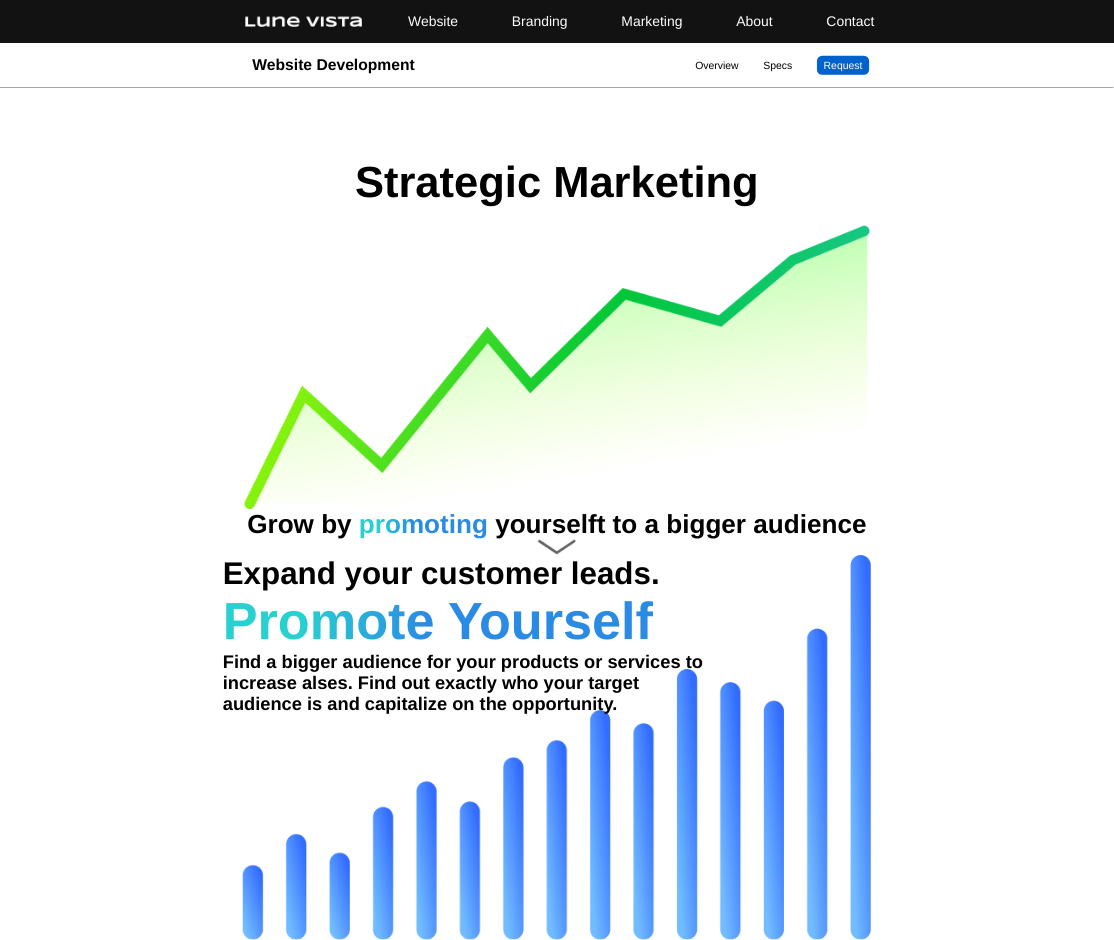
Repository: yoItsTyler/templates
Page: /marketing
An editor plug-in stored every save of this project. The page is shown before and after the next save, followed by the edit.
The browser window is 1280 px wide. The pictures show the whole page, at 87% of full size.
Some web fonts or font styles are not loaded; a fallback is used. The project was rebuilt for these pictures with package versions that can differ from the ones it lists, and the page was loaded fresh each time. Also part of the build but not shown: src/components/Branding/styles.module.css, src/components/Branding/Branding.js, src/components/Home/styles.module.css, src/components/Navbar/styles.module.css, src/components/Navbar/Navbar.js, src/components/NavbarMobile/styles.module.css, src/components/NavbarMobile/NavbarMobile.js, src/components/Home/Home.js and 10 more. Imported but missing from the stored project, and not drawn on this page: src/components/Request.

Above is the page before, as saved 2022-12-01 21:07:11.

### public/index.html
<!DOCTYPE html>
<html lang="en">
  <head>
    <meta charset="utf-8" />
    <link rel="icon" href="%PUBLIC_URL%/favicon.ico" />
    <meta name="viewport" content="width=device-width, initial-scale=1" />
    <meta name="theme-color" content="#000000" />
    <meta
      name="description"
      content="Web site created using create-react-app"
    />
    <link rel="apple-touch-icon" href="%PUBLIC_URL%/logo192.png" />
    <!--
      manifest.json provides metadata used when your web app is installed on a
      user's mobile device or desktop. See https://developers.google.com/web/fundamentals/web-app-manifest/
    -->
    <link rel="manifest" href="%PUBLIC_URL%/manifest.json" />
    <!--
      Notice the use of %PUBLIC_URL% in the tags above.
      It will be replaced with the URL of the `public` folder during the build.
      Only files inside the `public` folder can be referenced from the HTML.

      Unlike "/favicon.ico" or "favicon.ico", "%PUBLIC_URL%/favicon.ico" will
      work correctly both with client-side routing and a non-root public URL.
      Learn how to configure a non-root public URL by running `npm run build`.
    -->
    <title>Root Template</title>
  </head>
  <body>
    <noscript>You need to enable JavaScript to run this app.</noscript>
    <div id="root"></div>
    <!--
      This HTML file is a template.
      If you open it directly in the browser, you will see an empty page.

      You can add webfonts, meta tags, or analytics to this file.
      The build step will place the bundled scripts into the <body> tag.

      To begin the development, run `npm start` or `yarn start`.
      To create a production bundle, use `npm run build` or `yarn build`.
    -->
  </body>
</html>

### src/index.js
import React from 'react';
import  ReactDOM  from 'react-dom';
import './index.css';
import reportWebVitals from './reportWebVitals';
import { BrowserRouter as Router } from 'react-router-dom';
import { App } from './components/App';

ReactDOM.render(
  <React.StrictMode>
    <Router>
     <App/>
    </Router>
  </React.StrictMode>,
  document.getElementById('root'),
);



// If you want to start measuring performance in your app, pass a function
// to log results (for example: reportWebVitals(console.log))
// or send to an analytics endpoint. Learn more: https://bit.ly/CRA-vitals
reportWebVitals();

### src/index.css


@import url('https://fonts.cdnfonts.com/css/work-sans');
html, body{
  min-height: fit-content;
 height: 100vh;
  width: 100vw;
  max-width: 100vw;
  margin: 0;
  overflow-x: hidden;
  -ms-overflow-style: none;  /* IE and Edge */
  scrollbar-width: none;  /* Firefox */
  scroll-behavior: smooth;



}
body {



  font-family:  -apple-system, BlinkMacSystemFont, 'Segoe UI', 'Roboto', 'Oxygen',
    'Ubuntu', 'Cantarell', 'Fira Sans', 'Droid Sans', 'Helvetica Neue',
    sans-serif;
    font-family: 'Helvetica';
    font-style: normal;
  -webkit-font-smoothing: antialiased;
  -moz-osx-font-smoothing: grayscale;

  font-family: 'Helvetica', sans-serif;
  -webkit-font-smoothing: antialiased;
  -moz-osx-font-smoothing: grayscale;
}
body::-webkit-scrollbar{
  display: none;
}


code {
  font-family: source-code-pro, Menlo, Monaco, Consolas, 'Courier New',
    monospace;
}

### src/components/App/App.js
import { useEffect, useState } from 'react';
import { Route, Switch } from 'react-router-dom';
import { Branding } from '../Branding/Branding';
import { Home } from '../Home';
import { LogoDesign } from '../LogoDesign';
import { Marketing } from '../Marketing/Marketing';
import { Navbar } from '../Navbar/Navbar';
import { NavbarMobile } from '../NavbarMobile';
import { Plan } from '../Plan/Plan';
import { Plans } from '../Plans/Plans';
import { Request } from '../Request';
import { Specs } from '../Specs';
import { Web } from '../Web/Web';
import styles from './styles.module.css';






export const App = () => {




    return(
        <div className={styles.main}>


            <Switch>
            <Route exact path = {['/request/:id', '/request']} component={Request}/>
            <Route exact path='/marketing' component={Marketing}/>
            <Route exact path = '/branding' component={Branding}/>
            <Route exact path = '/logo-design' component={LogoDesign}/>
                <Route exact path = '/plan/:id' component={Plan}/>
                <Route exact path = '/web-plans' component={Plans}/>
                 <Route exact path = '/web' component={Web}/>
                 <Route exact path = '/specs' component={Specs}/>
                <Route path={['/']} component={Home}/>

            </Switch>
        </div>
    )
}

### src/components/LogoDesign/index.js
export * from './LogoDesign';

### src/components/Marketing/Marketing.js
import { NavbarWeb } from '../NavbarWeb/NavbarWeb';
import { NavBarWebSub } from '../NavBarWebSub/NavBarWebSub';
import styles from './styles.module.css';
import graph from '../../images/Group 55.png';
import graph2 from '../../images/Group 56.png';
import arrow from '../../images/arrow.png';

export const Marketing = () => {

    return(
        <div className={styles.main}>
            <NavbarWeb/>
            <NavBarWebSub/>


            <div className={styles.tile}>

                <div className={styles.title}>
                    Strategic Marketing

                </div>

                <div className={styles.centerItem}>
                <img src={graph} className={styles.graph}/>
                </div>
                <div className={styles.subTxt}>
                    Grow by <span className={styles.blueGrad}>promoting</span> yourselft to a bigger audience
                </div>

                <div className={styles.centerItem}>
                <img src={arrow} className={styles.arrow}/>
                </div>

                <div className={styles.leftCol}
                >
                    <div className={styles.bT1}>
                        Expand your customer leads.
                    </div>
                    <div className={styles.blueTitle}>
                        Promote Yourself
                    </div>
                    <div className={styles.bT2}>
                        Find a bigger audience for your products or services to increase alses. Find out exactly who your target audience is and capitalize on the opportunity.
                    </div>

                </div>

                <div className={styles.centerItem}>
                <img src={graph2} className={styles.graph}/>
                </div>







            </div>

        </div>
    );
};

### src/components/NavbarMobile/index.js
export * from './NavbarMobile';

### src/components/Specs/index.js
export * from './Specs';

### src/components/App/styles.module.css
.main{
    margin-top: 0;
    min-height: fit-content;
    height: 100vh;
    width: 100%;
    max-width: 100vw;
}

### src/components/NavbarWeb/NavbarWeb.js
import styles from './styles.module.css';
import logo2 from '../../images/LuneVistaLogo.png';
import search from '../../images/search.png';
import { useHistory } from 'react-router-dom';
import { useEffect, useState } from 'react';


export const NavbarWeb = () => {
    const history = useHistory();


    const [mobileBool, setMobileBool] = useState(false);
    const [windowDimension, setWindowDimension] = useState(722)

    useEffect(() => {
        setWindowDimension(window.innerWidth);
    }, []);

    useEffect(() => {
        function handleResize() {
            setWindowDimension(window.innerWidth);
        }

        window.addEventListener("resize", handleResize);
        return () => window.removeEventListener('resize', handleResize);
    }, []);

    const isMobile = windowDimension <= 720;

    useEffect(() => {
        if (isMobile !== mobileBool) {
            setMobileBool(isMobile);
        };
        return isMobile;
    }, [isMobile]);





    // <div className={styles.falseDiv}></div>
    return (
        <div className={styles.main}>

            <div className={styles.row}>


                <div className={styles.logo}
                    onClick={() => history.push('/')}
                >
                    <img src={logo2} style={{ width: '100%', height: '' }} />

                </div>






                        {isMobile ? (
                            <div className={styles.mobileMenu}>Menu</div>
                        ) : (
                            <div className={styles.pages}>
                            <div className={styles.page}
                                 onClick={() => history.push('/web')}
                                >Website</div>
                                <div className={styles.page} onClick={() => history.push('/branding')}
                                >Branding</div>
                                <div className={styles.page} onClick={() => history.push('/marketing')}
                                >Marketing</div>
                                <div className={styles.page} onClick={() => history.push('/about')}
                                >About</div>
                                <div className={styles.page} onClick={() => history.push('/contact')}
                                >Contact</div>
                            </div>

                        )}



                    </div>


                </div>





            )
}

### src/components/NavBarWebSub/NavBarWebSub.js
import { useHistory } from 'react-router-dom';
import styles from './styles.module.css';


export const NavBarWebSub = () => {
    const history = useHistory();

    /*




                <div className={styles.row}>
                    <div className={styles.title}>
                        Website Development
                    </div>
                    <div className={styles.btnRow}>
                        <div className={styles.btnTxt}>Overview</div>
                        <div className={styles.btnTxt}>Specs</div>
                        <div className={styles.requestBtn}>Request</div>
                    </div>



                </div>*/


    return (
        <div className={styles.main}>
            <div className={styles.column}>
                <div className={styles.topSpace}></div>
                <div className={styles.row}>
                    <div className={styles.title}>
                        Website Development
                    </div>
                    <div className={styles.btnRow}>
                        <div className={styles.btnTxt}>Overview</div>
                        <div className={styles.btnTxt} onClick={() => history.push('/specs')}
                        >Specs</div>
                        <div className={styles.requestBtn} onClick={() => history.push('/web-plans')}
                        >Request</div>
                    </div>



                </div>



            </div>



        </div>
    )
}

### src/components/Marketing/styles.module.css
.main{

}
.title{
    margin-top: 80px;
    margin-bottom: 20px;
    font-weight: 700;
    font-size: 50px;
    text-align: center;

}
.centerItem{
    display: flex;
    flex-direction: column;
    align-items: center;
    justify-content: center;

}
.subTxt{
    text-align: center;
    font-weight: 700;
    font-size: 30px;
}
.blueGrad{
    background:
linear-gradient(90.35deg, #28D0D0 15.73%, #2A8BE4 41.95%);
  -webkit-background-clip: text;
  -webkit-text-fill-color: transparent;
}
.graph{
    max-width: 80vw;
}


.leftCol{
    width: 564px;
    max-width: 80%;
    position: absolute;
    margin-left: 20%;
}
.blueTitle{
    background:
linear-gradient(90.35deg, #28D0D0 15.73%, #2A8BE4 41.95%);
  -webkit-background-clip: text;
  -webkit-text-fill-color: transparent;
  font-weight: 700;
  font-size: 60px;
}

.bT1{
    font-weight: 700;
    font-size: 36px;

}
.bT2{
    font-weight: 700;
    font-size: 21px;

}

### src/components/NavbarWeb/styles.module.css
.main{
    width: 100vw;
    max-width: 100vw;
    height: 50px;
    margin-top: 0;
   overflow-x: hidden;
    background-color: hsl(0, 0%, 7%);
    position: fixed;
    display: flex;
    z-index: 2;
    justify-content: center;



}
.row{
    width: 100%;

    align-self: center;

    height: 50px;
    max-width: 730px;

    color: #FFFFFF;
 display: flex;
 align-items: center;

justify-content: space-between;



}
.logo{

    padding-left: min(16px, 1.0%);
    height: 32px;
    cursor: pointer;
    display: flex;
    align-content: center;
    align-items: center;
    justify-content: center;
      justify-self: left;
    max-width: 134px;




}
.falseDiv{
    padding-right: min(16px, 1.0%);
    width: 134px;



}
.rightSide{
   align-self: center;
  justify-self: center;


}
.pages{
    flex-basis: 1;
    display: flex;
   height: 32px;


    width: 80%;
    max-width: 536px;
    align-items: center;
    justify-content: space-between;
    justify-self: center;




}

.page{

    font-weight: 400;
    font-size: 16px;
    line-height: 24px;
   cursor: pointer;

   height: 24px;
   align-content: center;
   align-items: center;

   padding-left: 0px;
   padding-right: 0px;

}
.page:hover{
    background-color: rgba(0, 0, 0, 0.3);
   border-radius: 3px;
}
.mobileMenu{
    margin-right: 9px;
}



.search{
   padding-right: min(16px, 1.5%);
margin-left: auto;


}

### src/components/NavBarWebSub/styles.module.css
.main{
    width: 100vw;
    height: 100px;
    position: sticky;

  max-width: 100vw;
  overflow-x: hidden;

    display: flex;
    justify-content: center;
    z-index: 1;
    background-color: white;
    border-bottom: rgba(0, 0, 0, 0.473) .6px solid;
}


.column{
    width: 100%;
    max-width: 730px;

    display: flex;
    flex-direction: column;
    justify-content: center;
    align-content: center;
}
.topSpace{
    height: 50px;

}
.row{
    justify-self: center;
    display: flex;
    width: 100%;
    max-width: 730px;
    justify-content: space-between;
    align-items: center;
    padding-left: 6px;
    padding-right: 6px;
}
.btnRow{
    display: flex;
    width: 200px;
    justify-content: space-between;
    padding-left: 6px;
    align-items: center;
    margin-right: 12px;
}
.title{
    margin-left: 9px;
    height: 20px;
    font-size: 18px;
    font-weight: 700;
    flex-wrap: nowrap;

}
@media only screen and (max-width: 440px) {
    .title{
        font-size: 18px;
        max-width: 100px;
        overflow: hidden;

    }
}
.btnTxt{
    font-size: 12px;
    font-weight: 400;
    line-height: 14px;
    cursor: pointer;

}
.requestBtn{
    font-size: 12px;
    font-weight: 400;
    background-color: #0062CC;
    color: white;
    height: 22px;
    width: 60px;
    display: flex;
    flex-direction: column;
    align-items: center;

    justify-content: center;
    border-radius: 6px;
    line-height: 20px;
    cursor: pointer;
}

Loaded but not shown: src/reportWebVitals.js (common file); src/components/App/index.js (common file); src/components/Home/index.js (common file); src/components/Home/mobile.module.css (no stored copy; drawn as an empty file)

After the next save:
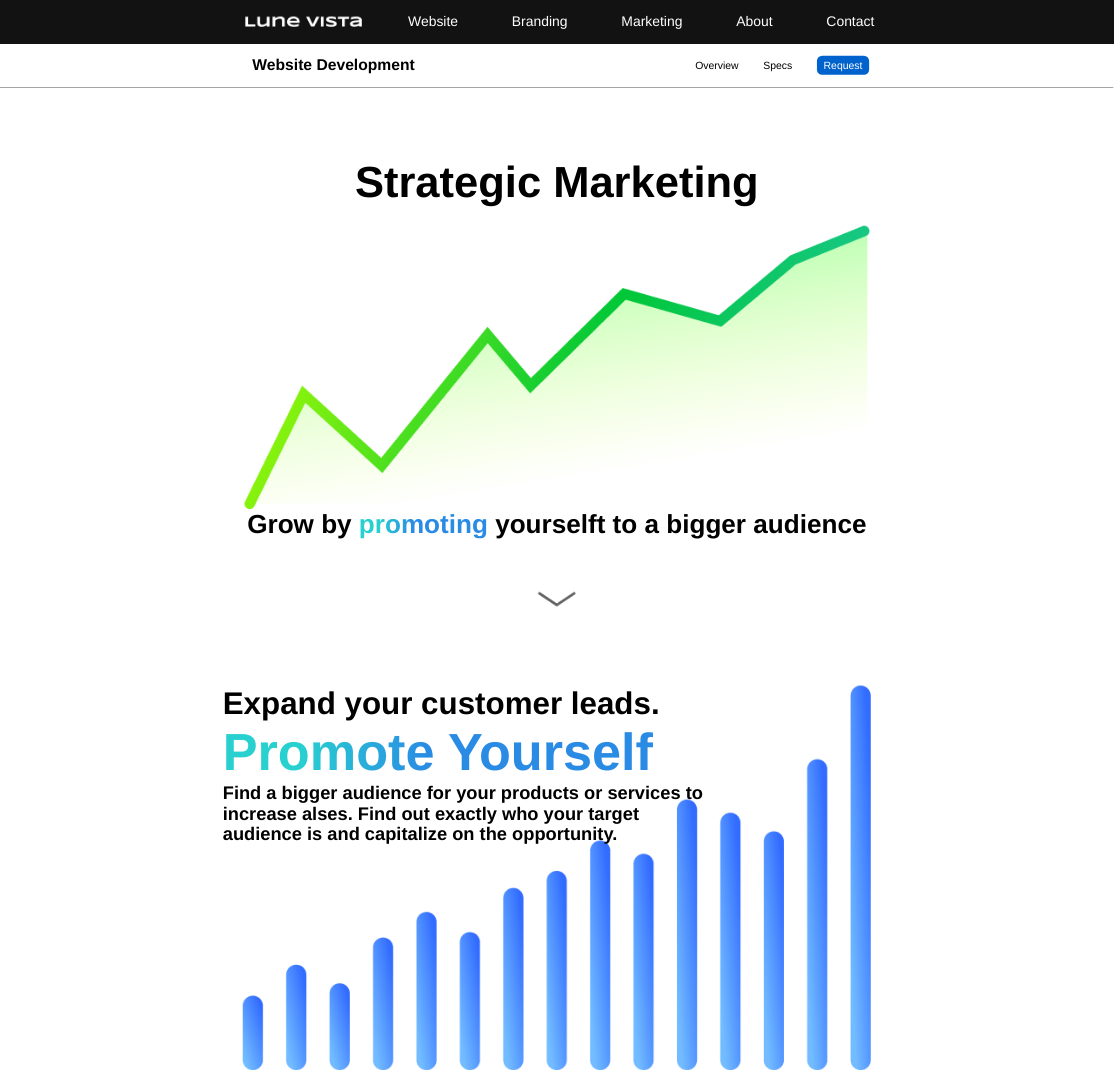
Saved 35 s later.
--- a/src/components/Marketing/styles.module.css
+++ b/src/components/Marketing/styles.module.css
@@ -57,3 +57,7 @@ linear-gradient(90.35deg, #28D0D0 15.73%, #2A8BE4 41.95%);
     font-size: 21px;
 
 }
+.arrow{
+    margin-top: 60px;
+    margin-bottom: 90px;
+}
